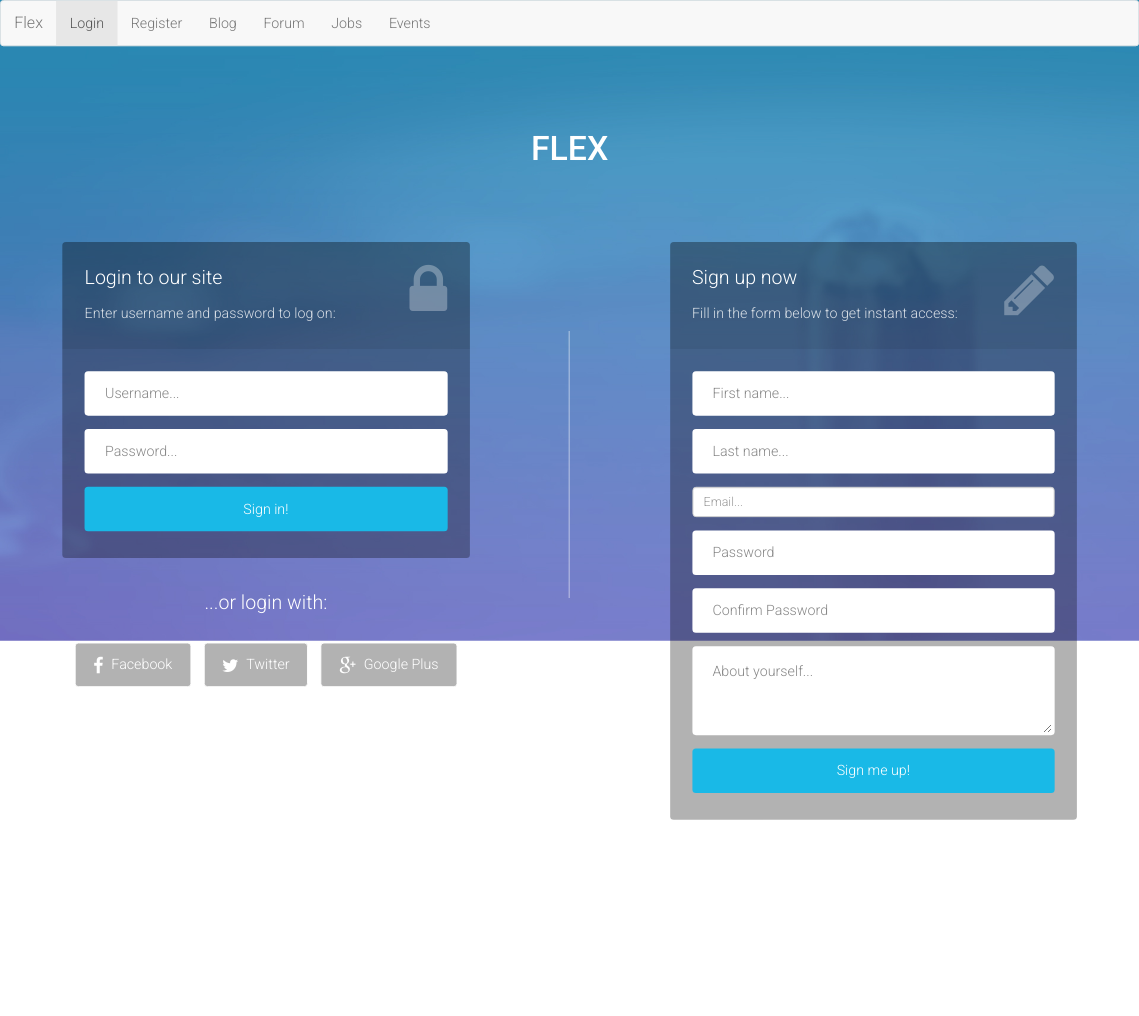
Repository: Angelamritha2012/Flex
Page: Collaboration/WebContent/index.html
The author's editor kept a copy of each file at every save. The page is drawn from the files as they stood at one save, then again after the next save.
The browser window is 1280 px wide. The pictures show the whole page, at 89% of full size.
Some web libraries are served in a nearby version.

Above is the page before, as saved 2017-11-30 09:47:09.

After the next save:
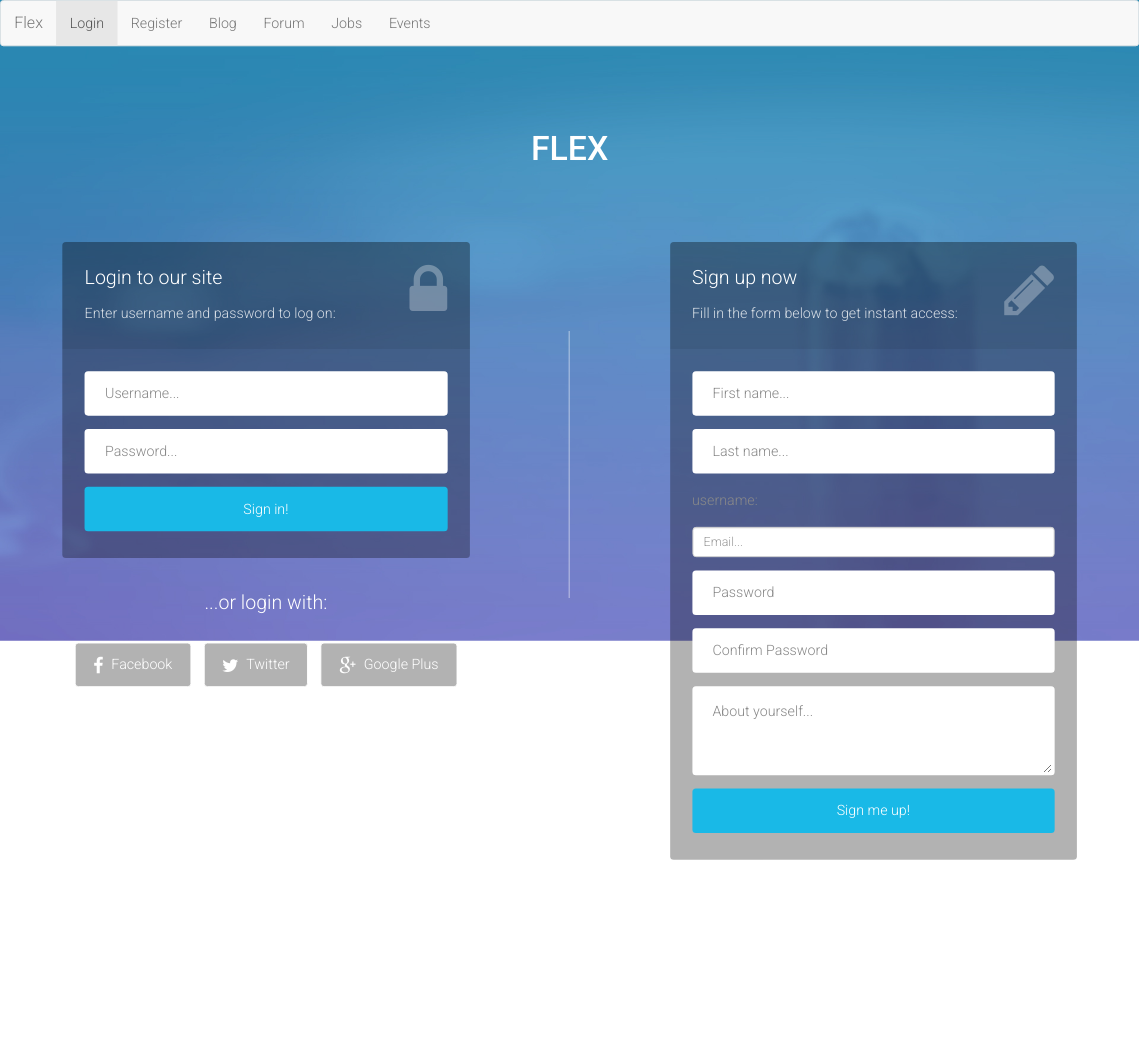
Saved 20 s later.
--- a/Collaboration/WebContent/index.html
+++ b/Collaboration/WebContent/index.html
@@ -169,7 +169,7 @@
 				                        <div class="form-group">
 
 
- {{firstName + " " + lastName}}
+username: {{firstName + " " + lastName}}
 
 </div>
 				                         <div class="form-group" ng-class="{ 'has-error' : userForm.email.$invalid && !userForm.email.$pristine }">
